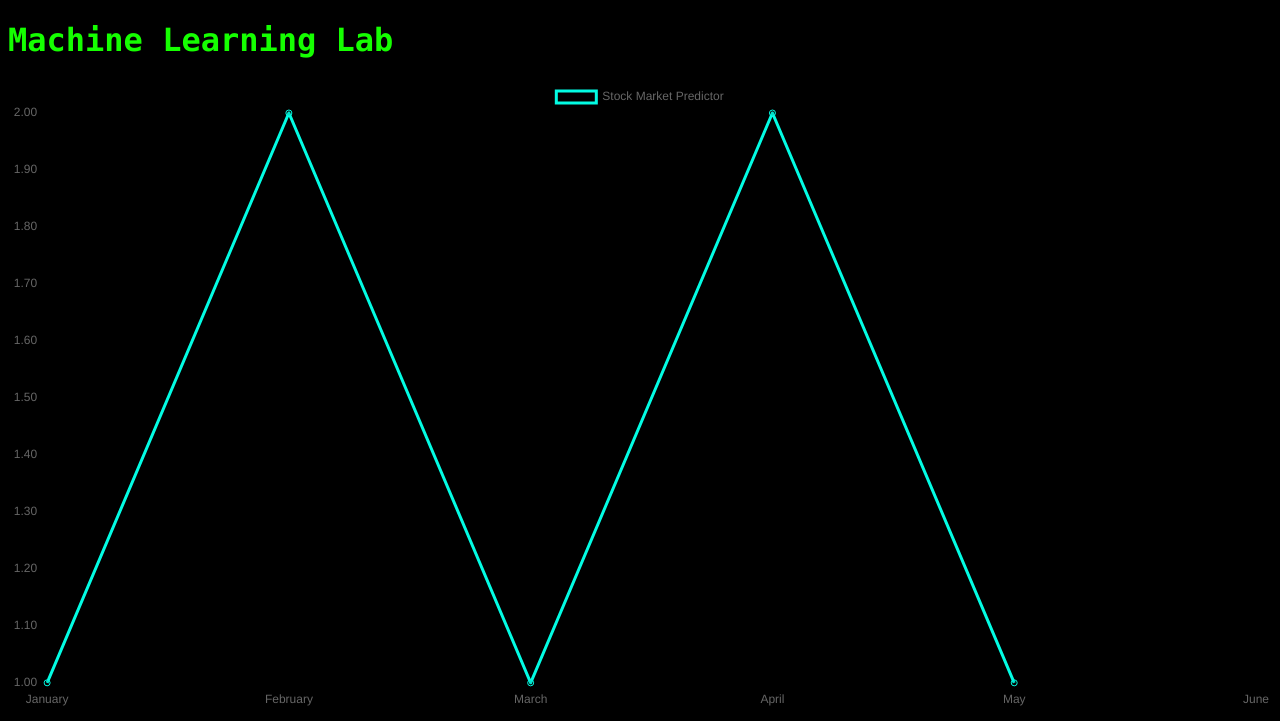
Repository: blackout41/machineLearning
Page: goldIndex.html
The author's editor kept a record of every edit. The page is drawn from the files as they stood at one moment, then again after the next edit.
The browser window is 1280 px wide. The pictures show the whole page.
Some web libraries are served in a nearby version.

Above is the page before.

### goldIndex.html
<!DOCTYPE html>
<html>
<head>
    <meta charset="utf-8" />
    <meta http-equiv="x-UA-Compatible" content="IE=edge">
    <title>Machine Learning Lab</title>
    <meta name="viewport" content="width=device-width, inital-scale=1">
    <link rel="stylesheet" href="./style.css">
</head>
<body>

        <h1>Machine Learning Lab</h1>

        <div id="statement"></div>
        <div id="analysing" ></div>
        <div id="trump" ></div>
        <div id="kardashian" ></div>
         <div id="answer" ></div>
        <div id="stock-value1"> </div>
        <div>
            <canvas id="myChart" width: "100px" height:"100px"></canvas>
        </div>


        <script src="https://cdn.jsdelivr.net/npm/chart.js@2.8.0"></script>
        <script type="text/javascript" src="brain.js"></script>
        <!--<script type="text/javascript" src="training-data.js"></script>-->
        <script type="text/javascript" src="goldIndex.js"></script>


</body>

</html>


<script>


</script>

### style.css

body {
    font: normal 16px Consolas,monaco,monospace;
    background-color: black;
    color: #15ff00;
}

h1, h2, h3 {
    font-size: 32px;
}

### goldIndex.js
//const brain = require('brain.js');

const net = new brain.recurrent.LSTMTimeStep({
    inputSize: 1,
    hiddenLayers: [10],
    outputSize: 1
});

//Same test as previous, but combined on a single set
const trainingData = [
    [
        15,
        15,
        16,
        14,
        13,
        12,
    ]
];

net.train(trainingData, );

let result = net.run([12]);
let forecastData = net.forecast([12], 10)
console.log(result);

console.log(forecastData);
let labelData = ["price1", "price2", "price3", "price4", "price5","price16", "price7", "price8", "price9","price10"]
var stockNextVal = parseFloat(document.getElementById("stock-value1").innerHTML);
var ctx = document.getElementById('myChart').getContext('2d');
var chart = new Chart(ctx, {
    // The type of chart we want to create
    type: 'line',

    // The data for our dataset
    data: {
        labels: ['January', 'February', 'March', 'April', 'May', 'June'],
        datasets: [{
            label: 'Stock Market Predictor',
            //backgroundColor: 'rgb(255, 99, 132)',
            borderColor: '#03fce3',
            data: [1, 2, 1, 2, 1, stockNextVal],
            lineTension: 0
        }]
    },

    // Configuration options go here
    options: {
        bezierCurve: false
    }
});

Loaded but not shown: brain.js (library)

After the next edit:
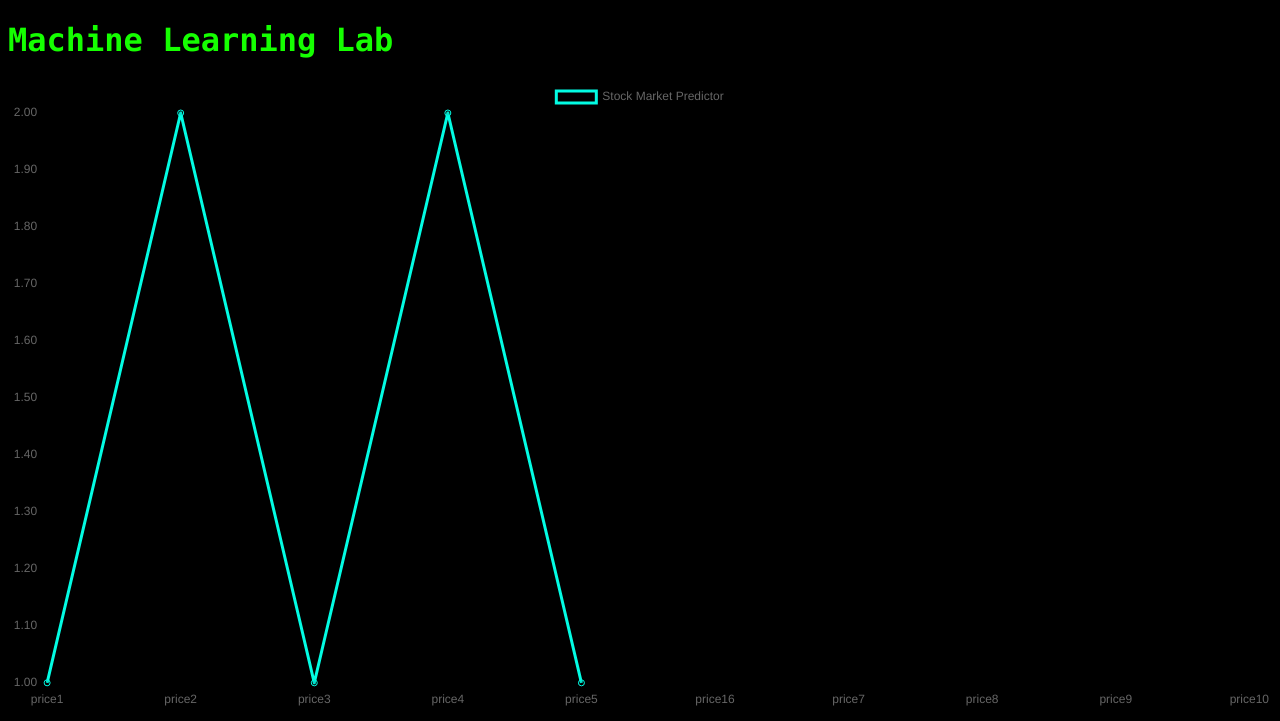
The edit:
--- a/goldIndex.js
+++ b/goldIndex.js
@@ -34,7 +34,7 @@
 
     // The data for our dataset
     data: {
-        labels: ['January', 'February', 'March', 'April', 'May', 'June'],
+        labels: labelData,
         datasets: [{
             label: 'Stock Market Predictor',
             //backgroundColor: 'rgb(255, 99, 132)',
